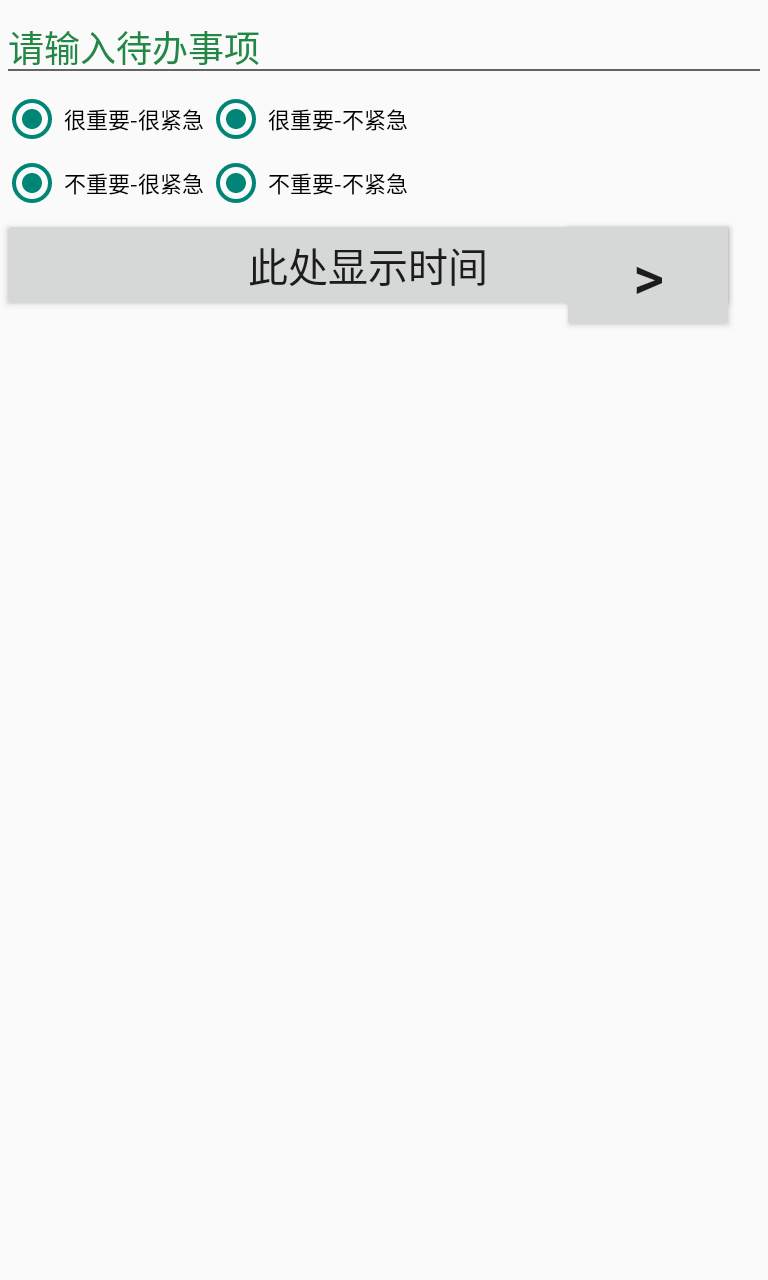
Repository: sh-zh-en/NBTodo
Layout: nbtodo/NBTodo/res/layout/addition_task_layout.xml
An editor plug-in stored every save of this project. The layout is shown before and after the next save, followed by the edit.
It is drawn on a 768 x 1280 px phone screen (xhdpi) without system bars, with theme AppTheme; the app's code is not run.

Above is the layout before, as saved 2015-02-12 18:04:32.

### nbtodo/NBTodo/res/layout/addition_task_layout.xml
<?xml version="1.0" encoding="utf-8"?>
<LinearLayout xmlns:android="http://schemas.android.com/apk/res/android"
    android:layout_width="match_parent"
    android:layout_height="match_parent"
    android:layout_gravity="bottom"
    android:orientation="vertical" >

    android:orientation="horizontal" >

    <EditText
	    android:id="@+id/edit_text1"
	    android:layout_width="fill_parent"
	    android:layout_height="wrap_content"
	    android:maxLength="40"
	    android:hint="@string/addition_task_layout_edittext01"
	    android:textColorHint="#238745"/>

    <RadioGroup
        android:id="@+id/radiogroup1"
        android:layout_width="wrap_content"
        android:layout_height="wrap_content"
        android:orientation="vertical"
          >
		<LinearLayout
			android:layout_width="match_parent"
			android:layout_height="match_parent"
			android:orientation="horizontal" >

		     <RadioButton
	            android:id="@+id/radiobutton1"
	            android:layout_width="wrap_content"
	            android:layout_height="wrap_content"
	            android:layout_weight="3"
	            android:gravity="center"
	            android:text="@string/addition_task_layout_radiobutton01"
	            android:textSize="11.0sp"
	            android:checked="true"
	            />

	        <RadioButton
	            android:id="@+id/radiobutton2"
	            android:layout_width="wrap_content"
	            android:layout_height="wrap_content"
	            android:layout_weight="3"
	            android:gravity="center"
	            android:text="@string/addition_task_layout_radiobutton02"
	            android:textColor="@android:color/black"
	            android:textSize="11.0sp"
	            android:checked="true"
	            />

		</LinearLayout>
 		<LinearLayout
			android:layout_width="match_parent"
			android:layout_height="match_parent"
			android:orientation="horizontal" >

 		    <RadioButton
	            android:id="@+id/radiobutton3"
	            android:layout_width="wrap_content"
	            android:layout_height="wrap_content"
	            android:layout_weight="3"
	            android:gravity="center"
	            android:text="@string/addition_task_layout_radiobutton03"
	            android:textColor="@android:color/black"
	            android:textSize="11.0sp"
	            android:checked="true"
	             />

	        <RadioButton
	            android:id="@+id/radiobutton4"
	            android:layout_width="wrap_content"
	            android:layout_height="wrap_content"
	            android:layout_weight="3"
	            android:gravity="center"
	            android:text="@string/addition_task_layout_radiobutton04"
	            android:textColor="@android:color/black"
	            android:textSize="11.0sp"
	            android:checked="true"
	           />


		</LinearLayout>


    </RadioGroup>

    <FrameLayout
        android:layout_width="match_parent"
        android:layout_height="match_parent"
        android:layout_gravity="bottom"
        android:layout_marginRight="@dimen/abc_action_bar_icon_vertical_padding_material"
        android:orientation="vertical" >

		<Button
		    android:id="@+id/showDate"
		    android:layout_width="fill_parent"
		    android:layout_height="50dp"
		    android:layout_weight="2"
		    android:text="@string/show_time"
		    android:textSize="20sp"/>
		<Button
		    android:id="@+id/setDate"
		    android:layout_width="wrap_content"
		    android:layout_height="wrap_content"
		    android:layout_gravity="right"
		    android:layout_marginLeft="250dp"
		    android:text=">"
		    android:textSize="30sp"/>

	    </FrameLayout>

</LinearLayout>

### nbtodo/NBTodo/res/values/strings.xml
<?xml version="1.0" encoding="utf-8"?>
<resources>

    <string name="app_name">NBTodo</string>
    <string name="hello_world">Hello world!</string>
    <string name="action_settings">Settings</string>


    <string name="activity_nbtodo_main_button01">添加任务</string>


    <string name="addition_task_layout_edittext01">请输入待办事项</string>
    <string name="addition_task_layout_radiobutton01">很重要-很紧急</string>
    <string name="addition_task_layout_radiobutton02">很重要-不紧急</string>
    <string name="addition_task_layout_radiobutton03">不重要-很紧急</string>
    <string name="addition_task_layout_radiobutton04">不重要-不紧急</string>
    <string name="show_time">此处显示时间</string>




</resources>

Loaded but not shown: nbtodo/NBTodo/res/values/styles.xml (common file); nbtodo/NBTodo/res/values-v11/styles.xml (common file); nbtodo/NBTodo/res/values-v14/styles.xml (common file)

After the next save:
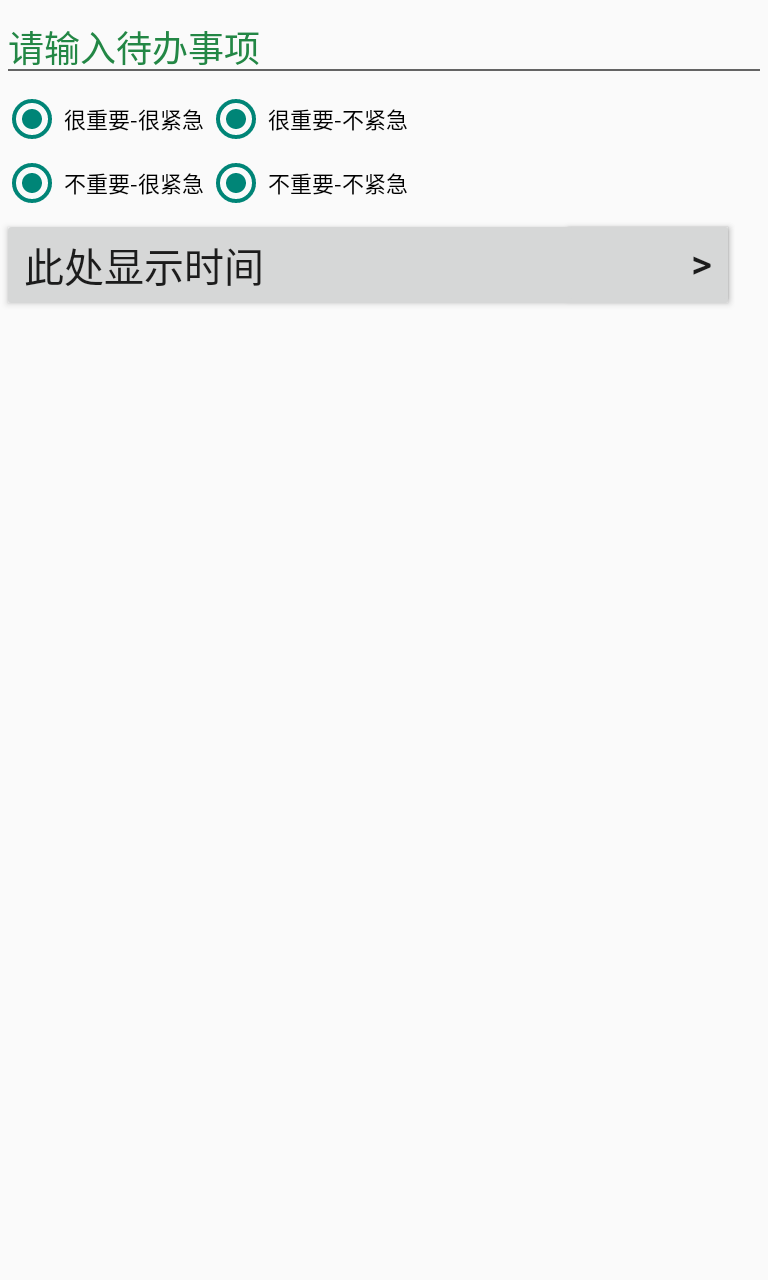
Saved 2 min 29 s later.
--- a/nbtodo/NBTodo/res/layout/addition_task_layout.xml
+++ b/nbtodo/NBTodo/res/layout/addition_task_layout.xml
@@ -98,15 +98,16 @@
 		    android:layout_height="50dp"
 		    android:layout_weight="2"
 		    android:text="@string/show_time"
-		    android:textSize="20sp"/>
+		    android:textSize="20sp"
+		    android:gravity="left"/>
 		<Button
 		    android:id="@+id/setDate"
 		    android:layout_width="wrap_content"
 		    android:layout_height="wrap_content"
 		    android:layout_gravity="right"
-		    android:layout_marginLeft="250dp"
 		    android:text=">"
-		    android:textSize="30sp"/>
+		    android:gravity="right"
+		    android:textSize="20sp"/>
 
 	    </FrameLayout>
 
